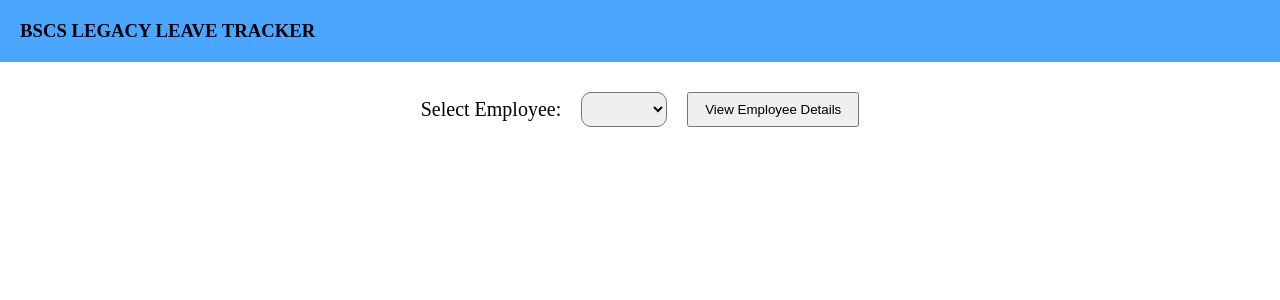
Repository: nani-samireddy/JSP-Leaves-App-with-mysql
Page: http://localhost/LeavesTracker/home
An editor plug-in stored every save of this project. The page is shown before and after the next save, followed by the edit.
The browser window is 1280 px wide. The pictures show the whole page.
Some web fonts or font styles are not loaded; a fallback is used. The page is served by Tomcat 10. Queries for data that is not in the repository find no rows.

Above is the page before, as saved 2023-01-22 16:55:15.

After the next save:
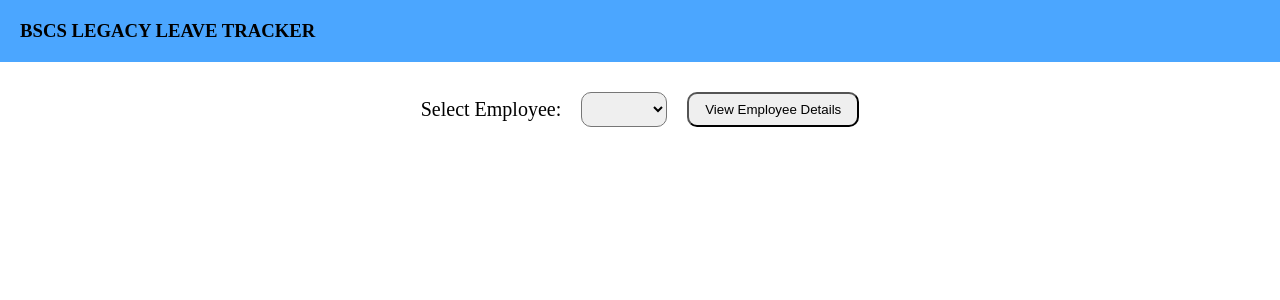
Saved 31 s later.
--- a/LeavesTracker/src/main/webapp/home.jsp
+++ b/LeavesTracker/src/main/webapp/home.jsp
@@ -62,14 +62,10 @@
 					font-weight: 300;
 				}
 
-				input[type=submit]{
+				input{
 				padding: 8px 16px;
+				border-radius:10px;
 				}
-
-				input[type=date]{
-				padding: 8px 16px;
-				}
-
 				select{
 				padding: 8px 32px;
 				border-radius: 10px;
